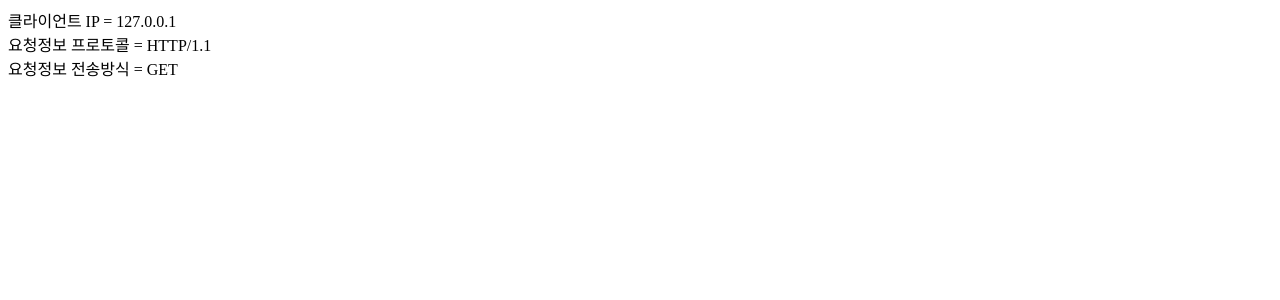
Repository: coolSummer1119/study
Page: http://localhost/ch03_Jsp/ch03_nestedObject/s01_requestInfo.jsp
An editor plug-in stored every save of this project. The page is shown before and after the next save, followed by the edit.
The browser window is 1280 px wide. The pictures show the whole page.
The page is served by Tomcat 9.

Above is the page before, as saved 2024-04-22 08:35:05.

After the next save:
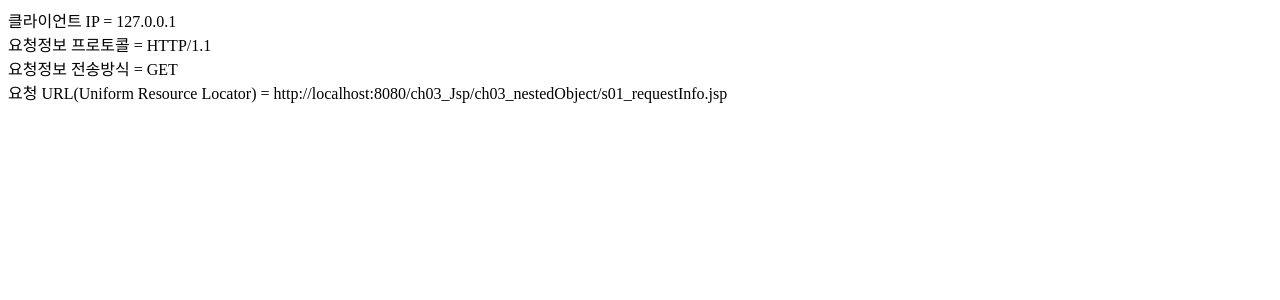
Saved 88 s later.
--- a/workspace/ch03_Jsp/src/main/webapp/ch03_nestedObject/s01_requestInfo.jsp
+++ b/workspace/ch03_Jsp/src/main/webapp/ch03_nestedObject/s01_requestInfo.jsp
@@ -10,5 +10,6 @@
 클라이언트 IP = <%= request.getRemoteAddr() %><br>
 요청정보 프로토콜 = <%= request.getProtocol() %><br>
 요청정보 전송방식 = <%= request.getMethod() %><br>
+요청 URL(Uniform Resource Locator) = <%= request.getRequestURL() %><br>
 </body>
 </html>
